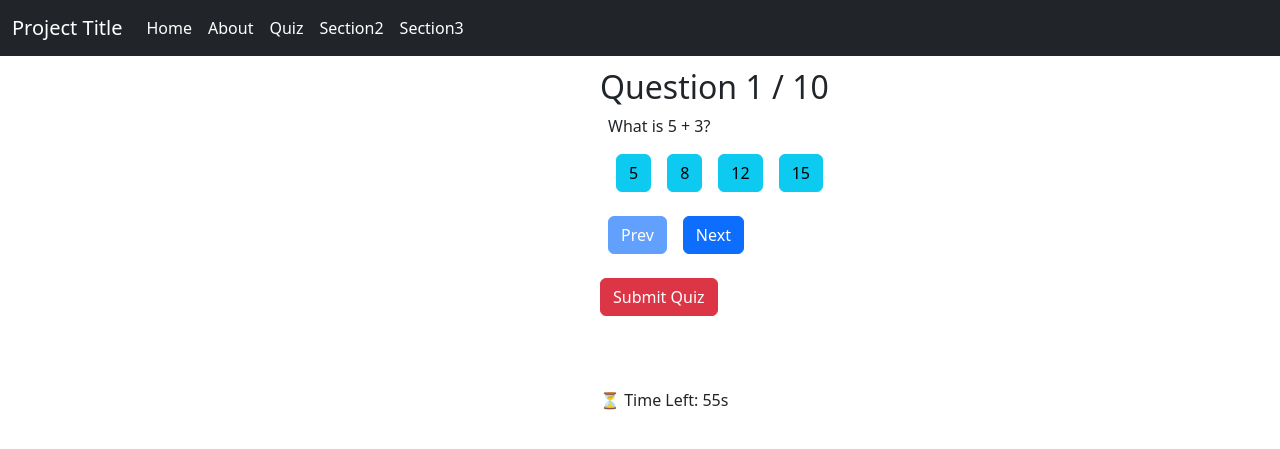
Repository: rahul-chakradhari/devquest
Page: /quiz (app in project/)
An editor plug-in stored every save of this project. The page is shown before and after the next save, followed by the edit.
The browser window is 1280 px wide. The pictures show the whole page.
The project was rebuilt for these pictures with package versions that can differ from the ones it lists, and the page was loaded fresh each time. Also part of the build but not shown: project/vite.config.js, project/src/components/Home.jsx, project/src/components/About.jsx, project/src/components/Section2.jsx, project/src/components/Section3.jsx, project/src/index.css.

Above is the page before, as saved 2025-02-23 13:29:20.

After the next save:
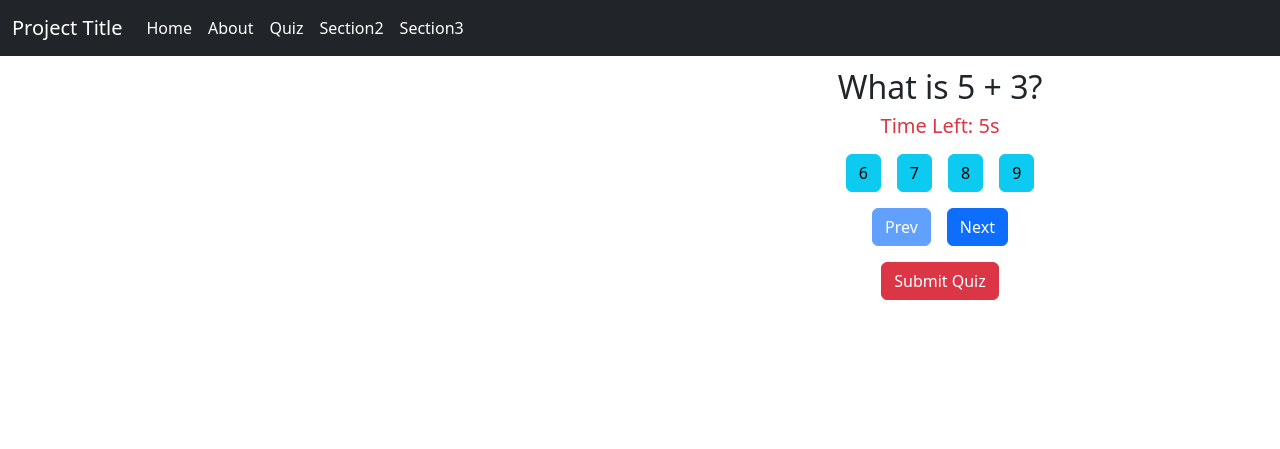
Saved 16 min 23 s later.
--- a/project/src/components/Quiz.jsx
+++ b/project/src/components/Quiz.jsx
@@ -1,105 +1,104 @@
 import React, { useState, useEffect } from "react";
-import { useNavigate } from "react-router-dom";
 
 const questions = [
-  { question: "What is 5 + 3?", options: ["5", "8", "12", "15"], answer: "8" },
-  { question: "What is 10 - 6?", options: ["2", "4", "6", "8"], answer: "4" },
-  { question: "Solve: 2 × 3", options: ["5", "6", "7", "8"], answer: "6" },
-  { question: "What is 9 ÷ 3?", options: ["2", "3", "4", "5"], answer: "3" },
+  { question: "What is 5 + 3?", options: ["6", "7", "8", "9"], answer: "8" },
+  { question: "What is 12 - 4?", options: ["6", "7", "8", "9"], answer: "8" },
   {
-    question: "Solve: 7 + 2 × 3",
-    options: ["15", "13", "12", "18"],
-    answer: "13",
+    question: "Solve: (2 + 3) × 4",
+    options: ["20", "10", "25", "30"],
+    answer: "20",
+  },
+  { question: "What is 9 ÷ 3?", options: ["1", "3", "9", "6"], answer: "3" },
+  {
+    question: "Solve: 15 - (4 + 3)",
+    options: ["6", "8", "9", "12"],
+    answer: "8",
   },
   {
-    question: "What is 16 - 4 ÷ 2?",
-    options: ["14", "10", "12", "8"],
+    question: "What is 7 × 2?",
+    options: ["10", "12", "14", "16"],
     answer: "14",
   },
   {
-    question: "Solve: 3 × 4 + 2",
-    options: ["12", "14", "10", "16"],
-    answer: "14",
+    question: "Solve: (8 + 2) ÷ 2",
+    options: ["2", "4", "5", "6"],
+    answer: "5",
   },
   {
-    question: "What is 18 ÷ 2 - 5?",
-    options: ["3", "4", "6", "9"],
-    answer: "4",
+    question: "What is 4 × 3 - 2?",
+    options: ["10", "11", "12", "14"],
+    answer: "10",
   },
-  {
-    question: "Solve: (8 + 4) ÷ 2",
-    options: ["4", "5", "6", "7"],
-    answer: "6",
-  },
-  {
-    question: "What is 5 × (2 + 3)?",
-    options: ["20", "25", "30", "15"],
-    answer: "25",
-  },
+  { question: "Solve: 6 + 4 ÷ 2", options: ["3", "5", "8", "10"], answer: "8" },
+  { question: "What is 3²?", options: ["6", "9", "12", "15"], answer: "9" },
 ];
 
-const Quiz = () => {
+const Quiz = ({ onSubmit }) => {
   const [currentQuestion, setCurrentQuestion] = useState(0);
   const [selectedAnswer, setSelectedAnswer] = useState(null);
-  const [score, setScore] = useState(0);
-  const [timeLeft, setTimeLeft] = useState(60);
-  const navigate = useNavigate();
+  const [timeLeft, setTimeLeft] = useState(10); // 10-second timer
 
+  // Timer Effect
   useEffect(() => {
     if (timeLeft === 0) {
-      handleSubmit();
+      handleNext(); // Auto-move to next question when time expires
+      return;
     }
-    const timer = setInterval(
-      () => setTimeLeft((prev) => (prev > 0 ? prev - 1 : 0)),
-      1000
-    );
-    return () => clearInterval(timer);
+
+    const timer = setTimeout(() => setTimeLeft(timeLeft - 1), 1000);
+    return () => clearTimeout(timer);
   }, [timeLeft]);
 
+  // Reset Timer on Question Change
+  useEffect(() => {
+    setTimeLeft(10); // Reset to 10 seconds for each new question
+  }, [currentQuestion]);
+
   const handleNext = () => {
-    if (selectedAnswer) {
-      if (selectedAnswer === questions[currentQuestion].answer)
-        setScore(score + 1);
-      setSelectedAnswer(null);
-      if (currentQuestion < questions.length - 1)
-        setCurrentQuestion(currentQuestion + 1);
+    if (currentQuestion < questions.length - 1) {
+      setCurrentQuestion(currentQuestion + 1);
+      setSelectedAnswer(null); // Reset selection
     } else {
-      alert("Select an answer before proceeding!");
+      onSubmit(); // Redirect to result component
     }
   };
 
   const handlePrev = () => {
-    if (currentQuestion > 0) setCurrentQuestion(currentQuestion - 1);
+    if (currentQuestion > 0) {
+      setCurrentQuestion(currentQuestion - 1);
+      setSelectedAnswer(null);
+    }
   };
 
   const handleSubmit = () => {
-    navigate("/result", { state: { score, total: questions.length } });
+    onSubmit();
   };
 
   return (
-    <div className="quiz-container">
-      <h2>
-        Question {currentQuestion + 1} / {questions.length}
-      </h2>
-      <p className="question-text mx-2">
-        {questions[currentQuestion].question}
-      </p>
-      <div className="options mx-2">
+    <div className="quiz-container text-center">
+      <h2>{questions[currentQuestion].question}</h2>
+
+      {/* Timer Display */}
+      <h5 className="text-danger">Time Left: {timeLeft}s</h5>
+
+      {/* Options */}
+      <div className="options mt-3">
         {questions[currentQuestion].options.map((option, index) => (
           <button
             key={index}
             type="button"
-            className={`mx-2 btn ${
+            className={`btn ${
               selectedAnswer === option ? "btn-success" : "btn-info"
-            }`}
+            } mx-2`}
             onClick={() => setSelectedAnswer(option)}
           >
             {option}
           </button>
         ))}
       </div>
-      <br />
-      <div className="quiz-controls">
+
+      {/* Navigation Buttons */}
+      <div className="quiz-controls mt-3">
         <button
           type="button"
           className="btn btn-primary mx-2"
@@ -116,14 +115,17 @@ const Quiz = () => {
           Next
         </button>
       </div>
-      <br />
-      <div className="submit-section">
-        <button type="button" className="btn btn-danger" onClick={handleSubmit}>
+
+      {/* Always Available Submit Button */}
+      <div className="submit-section mt-3">
+        <button
+          type="button"
+          className="btn btn-danger mx-2"
+          onClick={handleSubmit}
+        >
           Submit Quiz
         </button>
       </div>
-      <br /> <br /> <br />
-      <p className="timer">⏳ Time Left: {timeLeft}s</p>
     </div>
   );
 };
